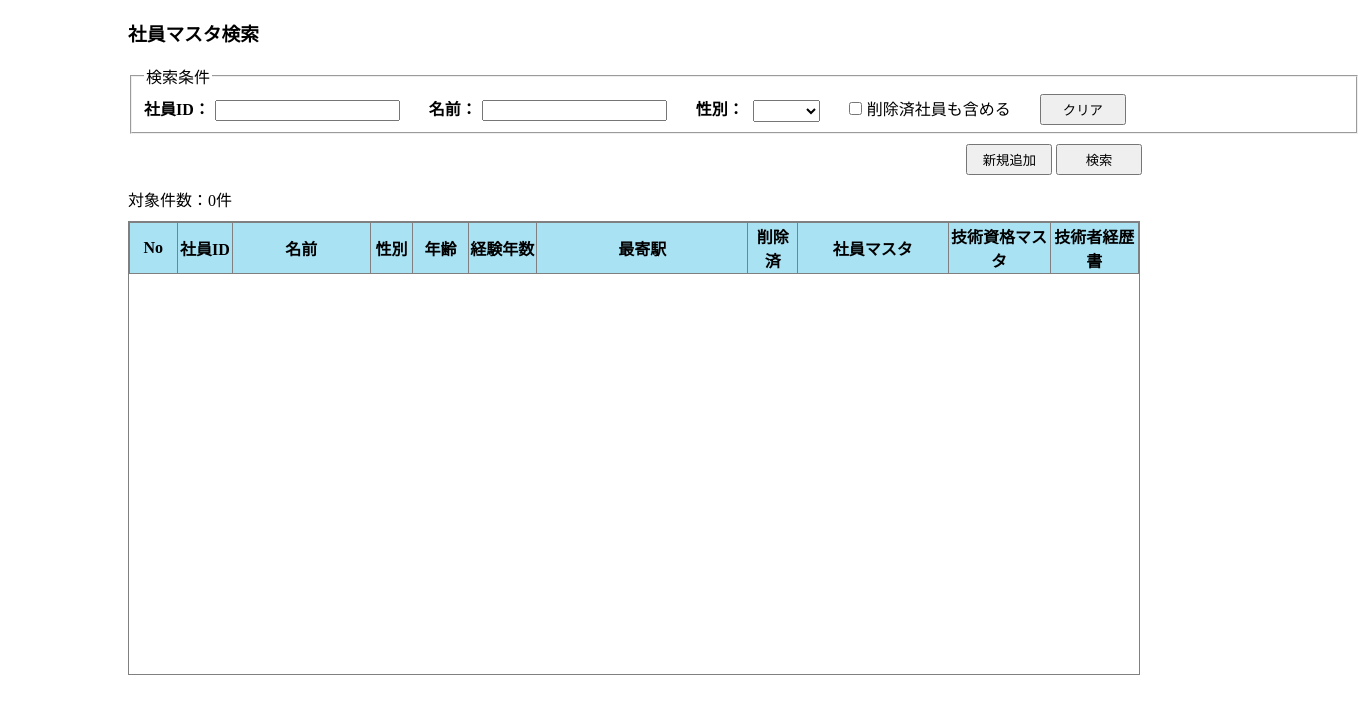
Repository: nguyenvantandev/WebApp
Page: http://localhost/EmployeeInfoSystem/
An editor plug-in stored every save of this project. The page is shown before and after the next save, followed by the edit.
The browser window is 1280 px wide. The page is 1358 px wide, so the pictures cover 1358 px, including what lies to the right of the window. The pictures show the whole page.
Some web libraries are served in a nearby version. The page is served by Tomcat 9. The template is opened directly, without the code that normally fills it, so the values that code supplies are empty.

Above is the page before, as saved 2016-05-30 06:50:12.

After the next save:
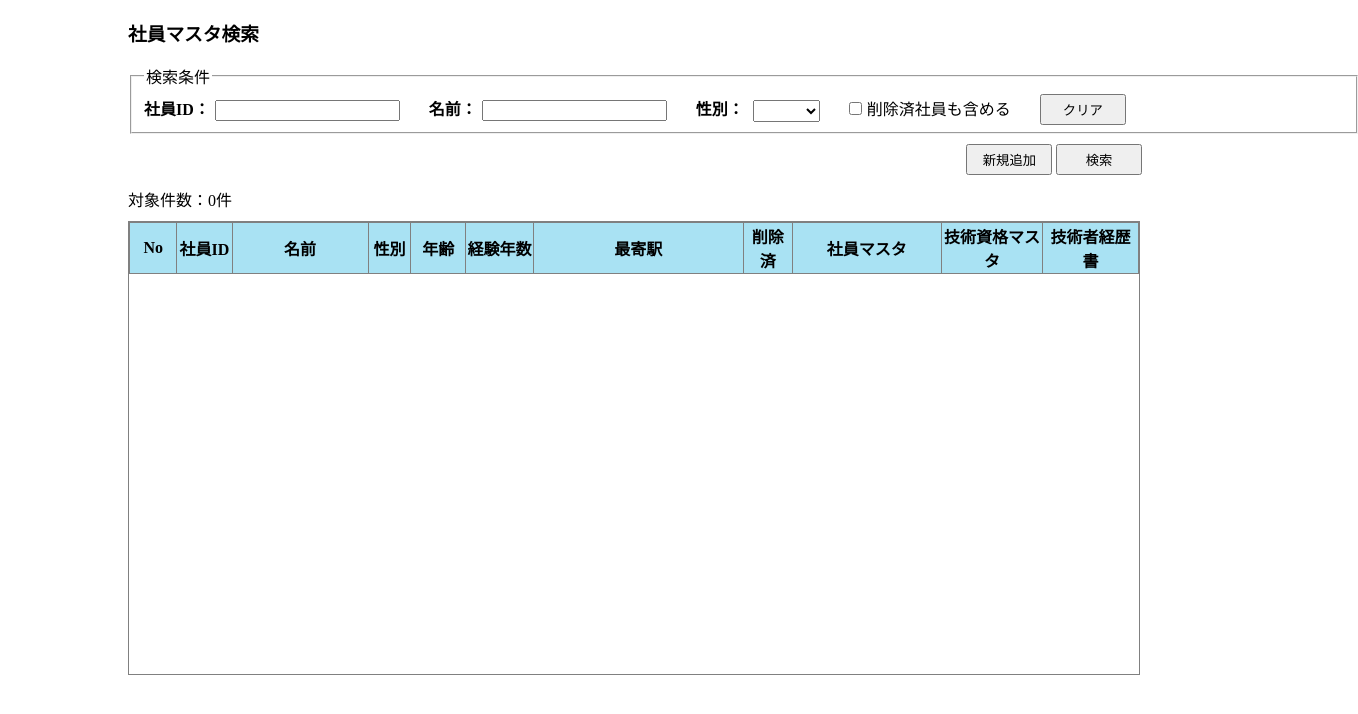
Saved 37 s later.
--- a/EmployeeInfoSystem/WebContent/EmployeeSearch.jsp
+++ b/EmployeeInfoSystem/WebContent/EmployeeSearch.jsp
@@ -59,7 +59,7 @@
 							<th style="width: 53px" align="center">削除済</th>
 							<th style="width: 176px" align="center">社員マスタ</th>
 							<th style="width: 117px" align="center">技術資格マスタ</th>
-							<th style="width: 100px" align="center">技術者経歴書</th>
+							<th style="width: 110px" align="center">技術者経歴書</th>
 						</tr>
 					</thead>
 					<tbody>
@@ -80,7 +80,7 @@
 								<td style="width: 117px" align="center">
 								<input type="button" id="GijutsushikakuMaster" name="GijutsushikakuMaster" value="参照／編集">
 								</td>
-								<td style="width: 100px" align="center">
+								<td style="width: 110px" align="center">
 								<input type="button" id="GijitsushaKerekisho" name="GijitsushaKerekisho" value="参照">
 								</td>
 
